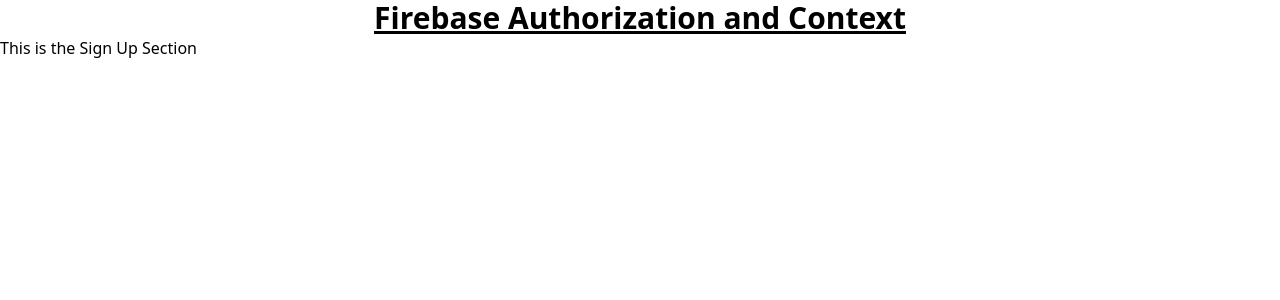
Repository: mottad14/practice_google_firebase
Page: /signup
The author's editor kept a copy of each file at every save. The page is drawn from the files as they stood at one save, then again after the next save.
The browser window is 1280 px wide. The pictures show the whole page.
The project was rebuilt for these pictures with package versions that can differ from the ones it lists, and the page was loaded fresh each time. Also part of the build but not shown: src/components/Signin.jsx, src/components/Account.jsx.

Above is the page before, as saved 2022-07-27 08:53:29.

### src/index.js
import React from 'react';
import ReactDOM from 'react-dom/client';
import './index.css';
import App from './App';
import {BrowserRouter} from "react-router-dom"

const root = ReactDOM.createRoot(document.getElementById('root'))
root.render(
  <BrowserRouter>
    <App/>
  </BrowserRouter>);

### src/App.js
import React from "react";
import Signin from "./components/Signin";
import Signup from "./components/Signup";
import Account from "./components/Account"
import { Route, Routes } from "react-router-dom";

function App() {
  return (
    <div className="App">
          <h1 className="text-3xl text-center font-bold underline">
            Firebase Authorization and Context
            </h1>
            <Routes>
              <Route path="/" element={<Signin/>}  />
              <Route path="/signup" element={<Signup/>}  />
              <Route path="/account" element={<Account/>}  />
            </Routes>
    </div>
  );
}

export default App;

### src/components/Signup.jsx
import React from 'react'

const Signup = () => {
  return (
    <div>This is the Sign Up Section</div>
  )
}

export default Signup

### tailwind.config.js
/** @type {import('tailwindcss').Config} */
module.exports = {
  content: [
    "./src/**/*.{js,jsx,ts,tsx}",
],
  theme: {
    extend: {},
  },
  plugins: [],
}

Loaded but not shown: public/index.html (common file); src/index.css (common file)

After the next save:
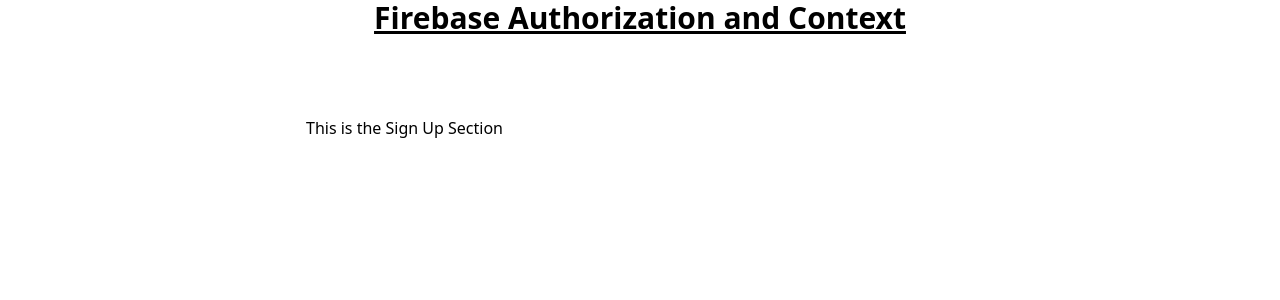
Saved 3 min 42 s later.
--- a/src/components/Signup.jsx
+++ b/src/components/Signup.jsx
@@ -2,7 +2,7 @@
 
 const Signup = () => {
   return (
-    <div>This is the Sign Up Section</div>
+    <div className='max-w-[700px] mx-auto my-16 p-4'>This is the Sign Up Section</div>
   )
 }
 
